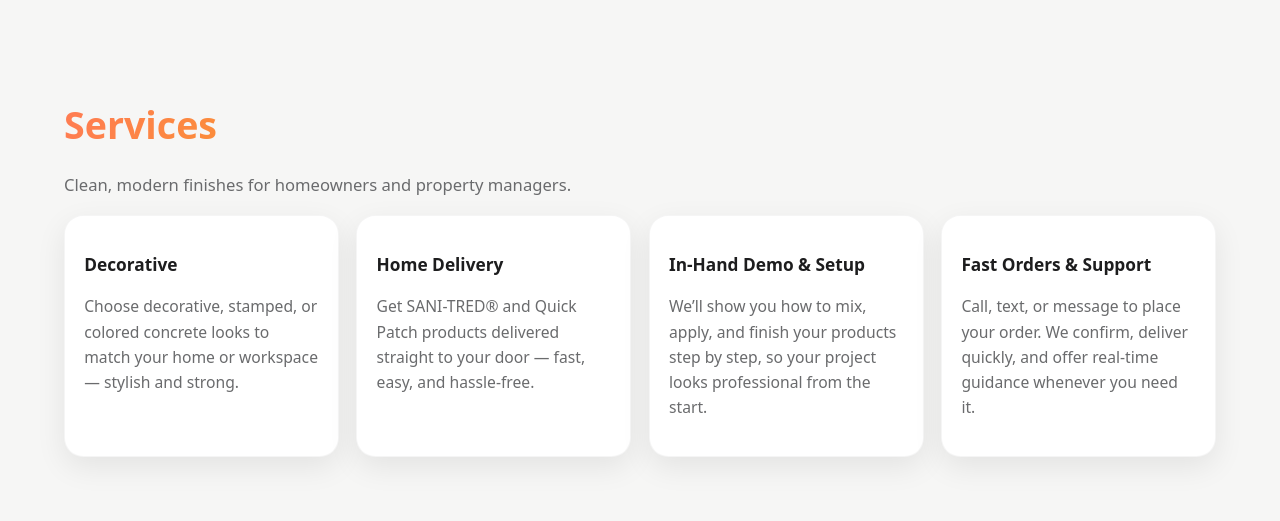
Repository: Intisher-1764/quickpatch
Page: index.html
The author's editor kept a copy of each file at every save. The page is drawn from the files as they stood at one save, then again after the next save.
The browser window is 1280 px wide. The pictures show the part of the page from y = 675 to 1196 px (the page is 5382 px tall before and 5485 px after).
Pictures or frames that could not be fetched are drawn as grey boxes.

Above is the page before, as saved 2025-11-08 01:41:06.

After the next save:
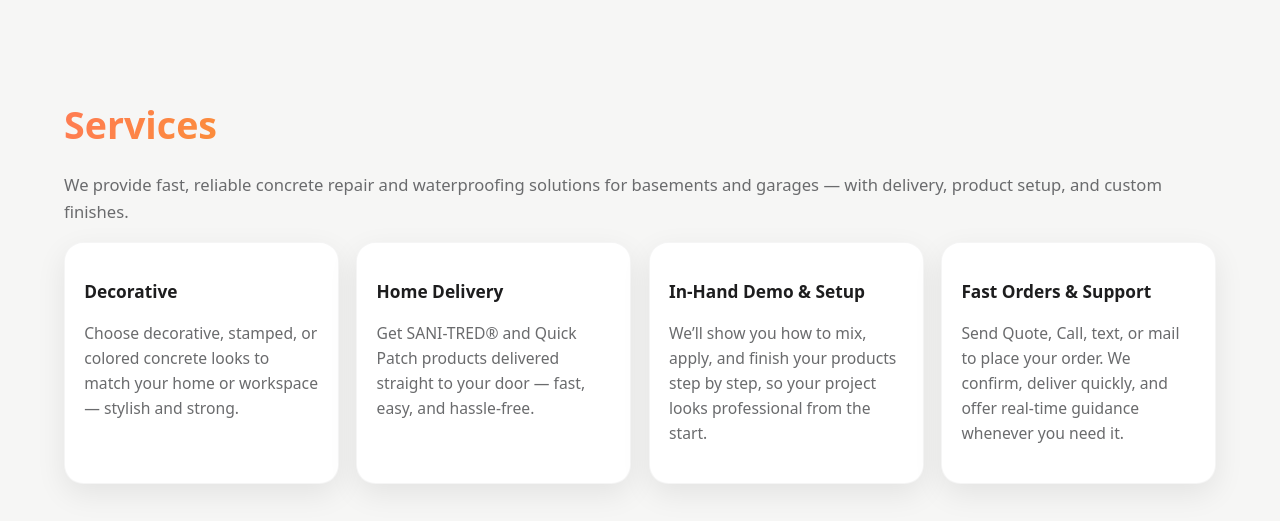
Saved 10 min 23 s later.
--- a/index.html
+++ b/index.html
@@ -85,7 +85,7 @@
     <section id="services" class="section services reveal">
       <header class="section-head">
         <h2 class="title-accent">Services</h2>
-        <p class="section-sub big-text">Clean, modern finishes for homeowners and property managers.</p>
+        <p class="section-sub big-text">We provide fast, reliable concrete repair and waterproofing solutions for basements and garages — with delivery, product setup, and custom finishes.</p>
       </header>
 
       <div class="service-grid" role="list">
@@ -103,7 +103,7 @@
         </article>
         <article class="card pop" role="listitem">
           <h3 class="card-title">Fast Orders & Support</h3>
-          <p class="card-text">Call, text, or message to place your order. We confirm, deliver quickly, and offer real-time guidance whenever you need it.</p>
+          <p class="card-text">Send Quote, Call, text, or mail to place your order. We confirm, deliver quickly, and offer real-time guidance whenever you need it.</p>
         </article>
       </div>
     </section>
@@ -113,9 +113,9 @@
       <div class="why-box">
         <h2 class="title-accent">Why QuickPatch?</h2>
         <ul class="why-list">
-          <li><strong>Looks high-end.</strong> “You won’t believe it’s not natural stone.”</li>
-          <li><strong>Built for Regina.</strong> Systems that handle cold, salt, and moisture.</li>
-          <li><strong>Trained installers.</strong> Clean work, licensed team.</li>
+          <li><strong>Looks high-end.</strong> You won’t believe it’s not natural stone.Smooth, decorative results that look like natural stone — clean, modern, and professional.</li>
+          <li><strong>Built for Regina.</strong> Systems that handle cold, salt, and moisture.Built to handle Regina’s harsh winters.</li>
+          <li><strong>Coating-Compatible</strong> Accepts most sealers, paints, and topcoats for a clean, finished look.</li>
           <li><strong>Better value.</strong> Protects concrete and raises curb appeal.</li>
         </ul>
       </div>
